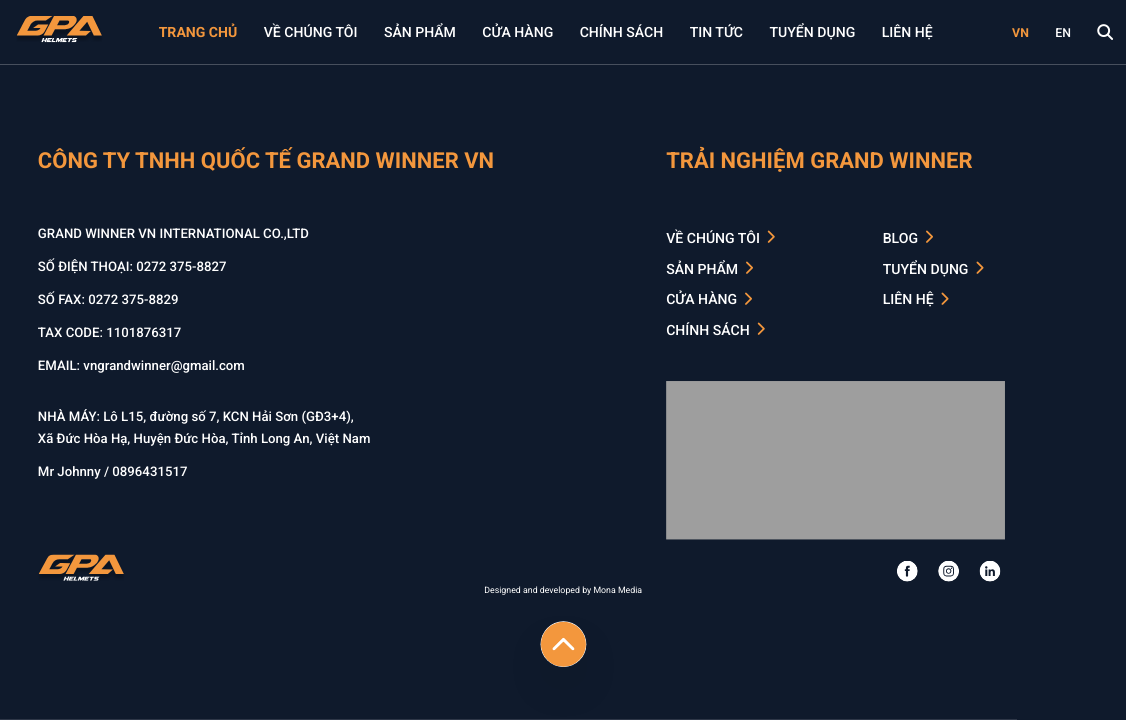
Repository: ThangNguyenT5/GrandWinner
Page: index.html
The author's editor kept a copy of each file at every save. The page is drawn from the files as they stood at one save, then again after the next save.
The browser window is 1280 px wide. The pictures show the whole page, at 88% of full size.
Pictures or frames that could not be fetched are drawn as grey boxes. Some web libraries are served in a nearby version.

Above is the page before, as saved 2023-03-28 13:19:28.

### index.html
<!DOCTYPE html>
<html lang="en">
<head>
    <meta charset="UTF-8">
    <meta http-equiv="X-UA-Compatible" content="IE=edge">
    <meta name="viewport" content="width=device-width, initial-scale=1.0">
    <title>Cửa Hàng - GRAND WINNER</title>
    <link rel="icon" href="./assets/images/GPA-logo-small.svg">
    <link rel="stylesheet" href="./assets/css/base.css">
    <link rel="stylesheet" href="./assets/css/styles.css">
    <link rel="stylesheet" href="./assets/css/grid.css">
    <link rel="stylesheet" href="./assets/css/responsive.css">
    <link rel="stylesheet" href="https://cdnjs.cloudflare.com/ajax/libs/font-awesome/6.3.0/css/all.min.css" integrity="sha512-SzlrxWUlpfuzQ+pcUCosxcglQRNAq/DZjVsC0lE40xsADsfeQoEypE+enwcOiGjk/bSuGGKHEyjSoQ1zVisanQ==" crossorigin="anonymous" referrerpolicy="no-referrer" />
    <link href="https://fonts.googleapis.com/css2?family=Roboto:wght@300;400;500;700;900&display=swap" rel="stylesheet">
    <link href="https://unpkg.com/aos@2.3.1/dist/aos.css" rel="stylesheet">
</head>
<body>
    <!-- HEADER -->
    <header class="hd">
        <div class="hd-ctn">
            <div class="hd-logo">
                <a href="#" class="custom-logo-link">
                    <img src="./assets/images/GPA-logo-small.svg" alt="GRAND WINNER" class="custom-logo">
                </a>
            </div>
            <div class="hd-menu hdMenu">
                <div class="hd-menu-close">
                    <!-- <i class="fa-solid fa-bars"></i> -->
                    <i class="fa-solid fa-xmark"></i>
                </div>
                <div class="menu">
                    <ul class="menu-list">
                        <li class="menu-item">
                            <a href="./index.html" class="menu-item-link current-menu-item">Trang chủ</a>
                        </li>
                        <li class="menu-item">
                            <a href="#" class="menu-item-link">Về chúng tôi</a>
                        </li>
                        <li class="menu-item">
                            <a href="./products.html" class="menu-item-link">Sản phẩm</a>
                        </li>
                        <li class="menu-item">
                            <a href="./store.html" class="menu-item-link">Cửa hàng</a>
                        </li>
                        <li class="menu-item">
                            <a href="./policy.html" class="menu-item-link">Chính sách</a>
                        </li>
                        <li class="menu-item">
                            <a href="#" class="menu-item-link">Tin tức</a>
                        </li>
                        <li class="menu-item">
                            <a href="#" class="menu-item-link">Tuyển dụng</a>
                        </li>
                        <li class="menu-item">
                            <a href="#" class="menu-item-link">Liên hệ</a>
                        </li>
                    </ul>
                </div>
                <div class="hd-menu-social">
                    <ul class="hd-social-list">
                        <li class="hd-social-item">
                            <a href="#">
                                <img src="./assets/images/./icon/fixed-menu-icon-facebook.svg" alt="facebook-icon">
                            </a>
                        </li>
                        <li class="hd-social-item">
                            <a href="#">
                                <img src="./assets/images/icon/fixed-menu-icon-instagram.svg" alt="instagram-icon">
                            </a>
                        </li>
                        <li class="hd-social-item">
                            <a href="#">
                                <img src="./assets/images/icon/fixed-menu-icon-linkedin.svg" alt="linkedin-icon">
                            </a>
                        </li>
                        <li class="hd-social-item">
                            <a href="#">
                                <img src="./assets/images/icon/fixed-menu-icon-telephone.svg" alt="telephone-icon">
                            </a>
                        </li>
                    </ul>
                </div>
            </div>
            <!-- < 1200px -->
            <div class="bg-page"></div>

            <div class="hd-controls">
                <div class="hd-lang">
                <ul class="hd-lang-list">
                    <li class="hd-lang-item">
                        <a class="lang-item-link current-lang-item" href="#">vn</a>
                    </li>
                    <li class="hd-lang-item">
                        <a class="lang-item-link" href="#">en</a>
                    </li>
                </ul>
                </div>
                <div class="hd-search">
                    <i class="hd-search-icon fa-solid fa-magnifying-glass"></i>
                    <div class="hd-search-form">
                        <form>
                            <div class="form-ctn">
                                <input type="text" placeholder="Tìm Kiếm...">
                                <input type="submit" value="">
                            </div>
                        </form>
                    </div>
                </div>
                <div class="hd-bar">
                    <i class="fa-solid fa-bars"></i>
                </div>
            </div>
        </div>
    </header>

    <!-- MAIN -->
    <main></main>

    <!-- FOOTER -->
    <footer class="ft">
        <div class="container">
            <div class="ft-top">
                <div class="ft-ctn">
                    <div class="col col-7">
                        <div class="ft-tt">
                            CÔNG TY TNHH QUỐC TẾ GRAND WINNER VN
                        </div>
                        <div class="ft-desc">
                            <p>
                                <span class="ft-label">
                                    GRAND WINNER VN INTERNATIONAL CO.,LTD
                                </span>
                            </p>
                            <p>
                                <span class="ft-label">
                                    SỐ ĐIỆN THOẠI:
                                </span>
                                <span class="ft-dt">
                                    <a href="tel:0272375-8827">0272 375-8827</a>
                                </span>
                            </p>
                            <p>
                                <span class="ft-label">
                                    SỐ FAX:
                                </span>
                                <span class="ft-dt">
                                    0272 375-8829
                                </span>
                            </p>
                            <p>
                                <span class="ft-label">
                                    TAX CODE:
                                </span>
                                <span class="ft-dt">
                                    <a href="tel:1101876317" class="dt">1101876317</a>
                                </span>
                            </p>
                            <p>
                                <span class="ft-label">
                                    EMAIL:
                                </span>
                                <span class="ft-dt">
                                    <a href="mailto:vngrandwinner@gmail.com" class="dt">vngrandwinner@gmail.com</a>
                                </span>
                            </p>

                        </div>
                        <div class="ft-desc">
                            <p>
                                <span class="ft-label">NHÀ MÁY:</span>
                                <span class="ft-dt">
                                    Lô L15, đường số 7, KCN Hải Sơn (GĐ3+4), Xã Đức Hòa Hạ, Huyện Đức Hòa, Tỉnh Long An, Việt Nam
                                </span>
                            </p>
                            <p>
                                <span class="ft-label"></span>
                                <span class="ft-dt">
                                    Mr Johnny /
                                    <a href="tel:0896431517">0896431517</a>
                                </span>
                            </p>
                        </div>
                    </div>
                    <div class="col col-5">
                        <div class="ft-tt">TRẢI NGHIỆM GRAND WINNER</div>
                        <div class="ft-menu">
                            <ul class="ft-menu-list">
                                <li class="ft-menu-item">
                                    <a href="#">
                                        VỀ CHÚNG TÔI
                                        <i class="fa-solid fa-chevron-right"></i>
                                    </a>
                                </li>
                                <li class="ft-menu-item">
                                    <a href="#">
                                        BLOG
                                        <i class="fa-solid fa-chevron-right"></i>
                                    </a>
                                </li>
                                <li class="ft-menu-item">
                                    <a href="./products.html">
                                        SẢN PHẨM
                                        <i class="fa-solid fa-chevron-right"></i>
                                    </a>
                                </li>
                                <li class="ft-menu-item">
                                    <a href="#">
                                        TUYỂN DỤNG
                                        <i class="fa-solid fa-chevron-right"></i>
                                    </a>
                                </li>
                                <li class="ft-menu-item">
                                    <a href="./store.html">
                                        CỬA HÀNG
                                        <i class="fa-solid fa-chevron-right"></i>
                                    </a>
                                </li>
                                <li class="ft-menu-item">
                                    <a href="#">
                                        LIÊN HỆ
                                        <i class="fa-solid fa-chevron-right"></i>
                                    </a>
                                </li>
                                <li class="ft-menu-item">
                                    <a href="./policy.html">
                                        CHÍNH SÁCH
                                        <i class="fa-solid fa-chevron-right"></i>
                                    </a>
                                </li>
                            </ul>
                        </div>
                        <div class="ft-map">
                            <iframe src="https://www.google.com/maps/embed?pb=!1m18!1m12!1m3!1d3919.2654292862435!2d106.65393045080707!3d10.790971361837054!2m3!1f0!2f0!3f0!3m2!1i1024!2i768!4f13.1!3m3!1m2!1s0x31752ec9c9b7e9cd%3A0x6f4a03550865d9ac!2sThe%20Mona%20Building!5e0!3m2!1svi!2s!4v1679826724121!5m2!1svi!2s" width="600" height="450" style="border:0;" allowfullscreen="" loading="lazy" referrerpolicy="no-referrer-when-downgrade"></iframe>
                        </div>
                    </div>
                </div>
            </div>
            <div class="ft-bottom">
                <div class="ft-social">
                    <div class="ft-logo">
                        <a href="#" class="custom-logo-link">
                            <img src="./assets/images/GPA-logo-small.svg" alt="GRAND WINNER">
                        </a>
                    </div>
                    <ul class="ft-social-list">
                        <li class="ft-social-item">
                            <a href="#">
                                <img src="./assets/images/icon/ft-facebook.svg" alt="facebook-icon">
                                <img src="./assets/images/icon/ft-facebook.svg" alt="facebook-icon">
                            </a>
                        </li>
                        <li class="ft-social-item">
                            <a href="#">
                                <img src="./assets/images/icon/ft-instagram.svg" alt="instagram-icon">
                                <img src="./assets/images/icon/ft-instagram.svg" alt="instagram-icon">
                            </a>
                        </li>
                        <li class="ft-social-item">
                            <a href="#">
                                <img src="./assets/images/icon/ft-linkedin.svg" alt="linkedin-icon">
                                <img src="./assets/images/icon/ft-linkedin.svg" alt="linkedin-icon">
                            </a>
                        </li>
                    </ul>
                </div>
            </div>
        </div>
        <div class="ft-by">
            <p>Designed and developed by Mona Media</p>
            <div class="move-top">
                <a href="#">
                    <img src="./assets/images/icon/move-top.svg" alt="">
                    <img src="./assets/images/icon/move-top.svg" alt="">
                </a>
            </div>
        </div>
    </footer>

    <!-- MENU-SOCIAL-FIXED -->
    <div class="menu-social-fixed">
        <ul class="menu-social-list">
            <li class="menu-social-item">
                <a href="#">
                    <img src="./assets/images/icon/fixed-menu-icon-facebook.svg" alt="facebook-icon">
                    <img src="./assets/images/icon/fixed-menu-icon-facebook.svg" alt="facebook-icon">
                </a>
            </li>
            <li class="menu-social-item">
                <a href="#">
                    <img src="./assets/images/icon/fixed-menu-icon-instagram.svg" alt="instagram-icon">
                    <img src="./assets/images/icon/fixed-menu-icon-instagram.svg" alt="instagram-icon">
                </a>
            </li>
            <li class="menu-social-item">
                <a href="#">
                    <img src="./assets/images/icon/fixed-menu-icon-linkedin.svg" alt="linkedin-icon">
                    <img src="./assets/images/icon/fixed-menu-icon-linkedin.svg" alt="linkedin-icon">
                </a>
            </li>
            <li class="menu-social-item">
                <a href="#">
                    <img src="./assets/images/icon/fixed-menu-icon-telephone.svg" alt="telephone-icon">
                    <img src="./assets/images/icon/fixed-menu-icon-telephone.svg" alt="telephone-icon">
                </a>
            </li>
        </ul>
    </div>
    <script src="https://unpkg.com/aos@2.3.1/dist/aos.js"></script>
    <script src="./index.js"></script>
</body>
</html>

### assets/css/base.css
* {
    margin: 0;
    padding: 0;
    box-sizing: border-box;
}

html {
    font-size: 62.5%;
    scroll-behavior: smooth;
    font-family: 'Roboto', sans-serif;
}


:root {
    /* Color */
    --primary-color: #0F1A2C;
    --secondary-color: #F3973D;


    --container-padding-x: 3rem;
    --container-max-width: 100%;
    --container-fluid: calc((120rem + var(--container-padding-x)));
}

a {
    text-decoration: none;
    color: inherit;
}

.col {
    width: 50%;
}


button, select, input, textarea {
    font-family: "Roboto", "sans-serif";
    font-size: 1.4rem;
    line-height: 1.2;
    padding: 0;
    border: none;
    outline: none;
    resize: none;
    vertical-align: middle;
}

### assets/css/grid.css
.col {
    -ms-flex-preferred-size: 0;
    flex-basis: 0;
    -webkit-box-flex: 1;
    -ms-flex-positive: 1;
    flex-grow: 1;
    max-width: 100%;
  }

  .col-1,
  .col-2,
  .col-3,
  .col-4,
  .col-5,
  .col-6,
  .col-7,
  .col-8,
  .col-9,
  .col-10,
  .col-11,
  .col-12,
  .col,
  .col-auto,
  .col-sm-1,
  .col-sm-2,
  .col-sm-3,
  .col-sm-4,
  .col-sm-5,
  .col-sm-6,
  .col-sm-7,
  .col-sm-8,
  .col-sm-9,
  .col-sm-10,
  .col-sm-11,
  .col-sm-12,
  .col-sm,
  .col-sm-auto,
  .col-md-1,
  .col-md-2,
  .col-md-3,
  .col-md-4,
  .col-md-5,
  .col-md-6,
  .col-md-7,
  .col-md-8,
  .col-md-9,
  .col-md-10,
  .col-md-11,
  .col-md-12,
  .col-md,
  .col-md-auto,
  .col-lg-1,
  .col-lg-2,
  .col-lg-3,
  .col-lg-4,
  .col-lg-5,
  .col-lg-6,
  .col-lg-7,
  .col-lg-8,
  .col-lg-9,
  .col-lg-10,
  .col-lg-11,
  .col-lg-12,
  .col-lg,
  .col-lg-auto,
  .col-xl-1,
  .col-xl-2,
  .col-xl-3,
  .col-xl-4,
  .col-xl-5,
  .col-xl-6,
  .col-xl-7,
  .col-xl-8,
  .col-xl-9,
  .col-xl-10,
  .col-xl-11,
  .col-xl-12,
  .col-xl,
  .col-xl-auto {
    position: relative;
    width: 100%;
    min-height: 1px;
    padding-right: 15px;
    padding-left: 15px;
  }

  .col {
    -ms-flex-preferred-size: 0;
    flex-basis: 0;
    -webkit-box-flex: 1;
    -ms-flex-positive: 1;
    flex-grow: 1;
    max-width: 100%;
  }

  .col-auto {
    -webkit-box-flex: 0;
    -ms-flex: 0 0 auto;
    flex: 0 0 auto;
    width: auto;
    max-width: none;
  }

  .col-1 {
    -webkit-box-flex: 0;
    -ms-flex: 0 0 8.333333%;
    flex: 0 0 8.333333%;
    max-width: 8.333333%;
  }

  .col-2 {
    -webkit-box-flex: 0;
    -ms-flex: 0 0 16.666667%;
    flex: 0 0 16.666667%;
    max-width: 16.666667%;
  }

  .col-3 {
    -webkit-box-flex: 0;
    -ms-flex: 0 0 25%;
    flex: 0 0 25%;
    max-width: 25%;
  }

  .col-4 {
    -webkit-box-flex: 0;
    -ms-flex: 0 0 33.333333%;
    flex: 0 0 33.333333%;
    max-width: 33.333333%;
  }

  .col-5 {
    -webkit-box-flex: 0;
    -ms-flex: 0 0 41.666667%;
    flex: 0 0 41.666667%;
    max-width: 41.666667%;
  }

  .col-6 {
    -webkit-box-flex: 0;
    -ms-flex: 0 0 50%;
    flex: 0 0 50%;
    max-width: 50%;
  }

  .col-7 {
    -webkit-box-flex: 0;
    -ms-flex: 0 0 58.333333%;
    flex: 0 0 58.333333%;
    max-width: 58.333333%;
  }

  .col-8 {
    -webkit-box-flex: 0;
    -ms-flex: 0 0 66.666667%;
    flex: 0 0 66.666667%;
    max-width: 66.666667%;
  }

  .col-9 {
    -webkit-box-flex: 0;
    -ms-flex: 0 0 75%;
    flex: 0 0 75%;
    max-width: 75%;
  }

  .col-10 {
    -webkit-box-flex: 0;
    -ms-flex: 0 0 83.333333%;
    flex: 0 0 83.333333%;
    max-width: 83.333333%;
  }

  .col-11 {
    -webkit-box-flex: 0;
    -ms-flex: 0 0 91.666667%;
    flex: 0 0 91.666667%;
    max-width: 91.666667%;
  }

  .col-12 {
    -webkit-box-flex: 0;
    -ms-flex: 0 0 100%;
    flex: 0 0 100%;
    max-width: 100%;
  }

### assets/css/responsive.css
@media screen and (max-width:1500px){
  .hd {
    padding: 1.2rem 1.5rem;
  }
  .policy {
    padding: 5.6rem 0;
  }
  .policy-item {
    margin-bottom: 4.8rem;
  }
}

@media screen and (max-width:1200px) {
  /* HEADER */

  .custom-logo-link img {
    padding-top: 0.5rem;
  }

  .banner-page-tt h2 {
    font-size: 3.3rem;
  }

  .breadcrumb-item {
    font-size: 1.6rem;
  }


  .hd-menu.active {
    transform: scale(1);
  }
  .hd-menu {
    position: fixed;
    top: 0;
    right: 0;
    width: 28rem;
    height: 100vh;
    background-color: var(--primary-color);
    z-index: 3;
    transform: translateX(100%);
  }
  .menu-list {
    flex-direction: column;
    align-items: flex-start;
  }
  .menu-item-link {
  }

  .hd-bar {
    display: block;
    font-size: 2rem;
    padding-left: 3rem;
}
  .hd-menu-close {
    display: block;
  }

  .menu-social-fixed {
    display: none;
  }

  .hd-menu-social {
    display: block;
  }

  /* MAIN */

  .store {
    padding: 5.6rem 0;
  }

  .store-tt {
    font-size: 3.3rem;
    line-height: 4.3rem;
  }

  .store-table table {
    font-size: 1.6rem;
    width: 100%;
  }

  .store-table thead {
    display: none;
  }

  .store-table tbody tr {
    display: block;
    border: 2px solid rgba(0, 0, 0, 0.16);
    border-bottom: 1px solid rgba(0, 0, 0, 0.16);
    margin-bottom: 2rem;
  }

  .store-table table td {
    display: flex;
    align-items: center;
    justify-content: space-between;
    font-size: 1.4rem;
    line-height: 1.6rem;
    text-align: right;
    padding: 1.5rem;
    border: unset;
    border-bottom: 1px solid rgba(0, 0, 0, 0.16);

  }

  .store-table table td::before {
    content: attr(data-label);
    float: left;
    font-weight: bold;
    text-transform: uppercase;
    margin-right: 2rem;
    white-space: nowrap;
  }


  .policy-tt {
    font-size: 3.3rem;
    margin-bottom: 2.4rem;
    padding-bottom: 2.4rem;
  }

  .policy-desc {
    font-size: 1.6rem;
  }

  .policy-dt {
    font-size: 1.6rem;
  }

  /* FOOTER */

  .ft {
    padding: 5.6rem 0;
  }

  .ft-tt {
    font-size: 2.1rem;
    margin-bottom: 2.4rem;
  }

  .ft-by {
    position: relative;
    bottom: 0;
    left: 0;
    transform: unset;
    padding: 0 1.5rem;
    margin-top: 2.4rem;
  }
  .ft-by p {
    text-align: center;
  }
  .ft-bottom {
    padding-right: 0;
  }
}

@media screen and (max-width: 800px) {

  /* HEADER */

  .banner-page-tt {
    margin-bottom: 1.5rem;
  }
  .banner-page-tt h2 {
    font-size: 2.8rem;
    line-height: 3.5rem;
  }

  .breadcrumb-item {
    font-size: 1.6rem;
  }

  /* MAIN */

  .store-tt {
    font-size: 2.8rem;
    line-height: 3.5rem;
  }

  .policy-tt {
    font-size: 2.8rem;
    margin-bottom: 2.4rem;
    padding-bottom: 2.4rem;
  }

  .policy-desc {
    font-size: 1.5rem;
  }

  .policy-dt {
    font-size: 1.5rem;
  }

  /* FOOTER */
  .ft-tt {
    font-size: 1.8rem;
  }
}

@media screen and (max-width: 768px) {
  /* HEADER */
  .banner-page-tt {
    margin-bottom: 1rem;
  }
  .banner-page-tt h2 {
    font-size: 2.8rem;
    line-height: 3.5rem;
  }

  .breadcrumb-item {
      font-size: 1.4rem;
  }

  /* MAIN */

  .store-tt {
    font-size: 2.8rem;
    line-height: 3.5rem;
  }

  .store-table table td {

  }

  .policy-tt {
    font-size: 2.8rem;
    margin-bottom: 1.2rem;
    padding-bottom: 1.2rem;
  }

  .policy-ctn {
    flex-direction: column;
  }

  .policy-ctn > .col.col-4,
  .policy-ctn > .col.col-8 {
    flex: 0 0 100%;
    width: 100%;
    max-width: 100%;
  }

  .policy-ctn > .col.col-4 {
    margin-bottom: 1.5rem;
  }

  .policy-desc {
    font-size: 1.5rem;
  }

  .policy-dt {
    font-size: 1.5rem;
  }

  /* FOOTER */

  .ft-ctn > .col.col-7,
  .ft-ctn > .col.col-5 {
    flex: 0 0 100%;
    width: 100%;
    max-width: 100%;
    margin: 1.2rem 0;
  }

  .ft-map iframe {
    max-width: 100%;
    height: 25rem;
  }

}

@media screen and (max-width:500px) {

  /* HEADER */
  .banner-page-tt {
    margin-bottom: 0.8rem;
  }

  .banner-page-tt h2 {
    font-size: 1.8rem;
    line-height: 2.5rem;
  }

  .breadcrumb-item {
    font-size: 1.4rem;
  }

  /* MAIN */
  .store-tt {
    font-size: 2rem;
    line-height: 2.5rem;
  }
  .store-table table td {
    font-size: 1.3rem;
  }

  .btn-map {
    font-size: 1.3rem;
  }

}

Loaded but not shown: index.js (59 lines, source omitted); assets/css/styles.css (854 lines, source omitted)

After the next save:
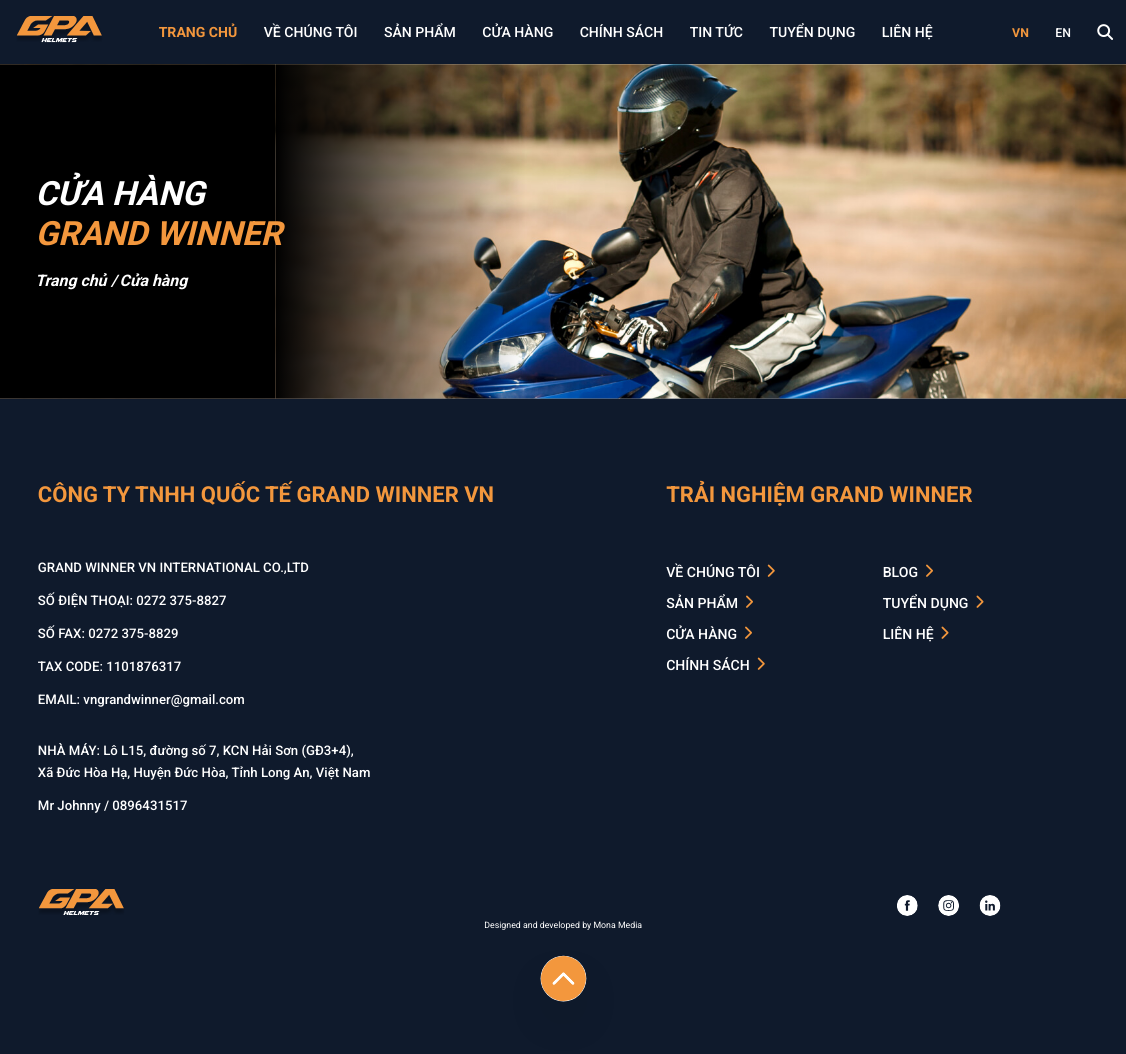
Saved 21 min 27 s later.
--- a/index.html
+++ b/index.html
@@ -114,7 +114,37 @@
     </header>
 
     <!-- MAIN -->
-    <main></main>
+    <main>
+        <div class="banner-page">
+            <div class="banner-page-img">
+                <img src="./assets/images/banner/banner-cuahang.jpg" alt="banner-cuahang">
+            </div>
+            <div class="banner-page-content">
+                <div class="container">
+                    <div class="content">
+                        <div class="banner-page-tt" data-aos="fade-left">
+                            <h2>
+                                Cửa hàng
+                                <br>
+                                <span class="h1">GRAND WINNER</span>
+                            </h2>
+                        </div>
+                            <div class="breadcrumb" data-aos="fade-right">
+                            <ul class="breadcrumb-list">
+                                <li class="breadcrumb-item">
+                                    <a href="#">Trang chủ</a>
+                                </li>
+                                <li class="breadcrumb-item">
+                                    <a href="#">Cửa hàng</a>
+                                </li>
+                            </ul>
+                        </div>
+                    </div>
+                </div>
+            </div>
+        </div>
+
+    </main>
 
     <!-- FOOTER -->
     <footer class="ft">
